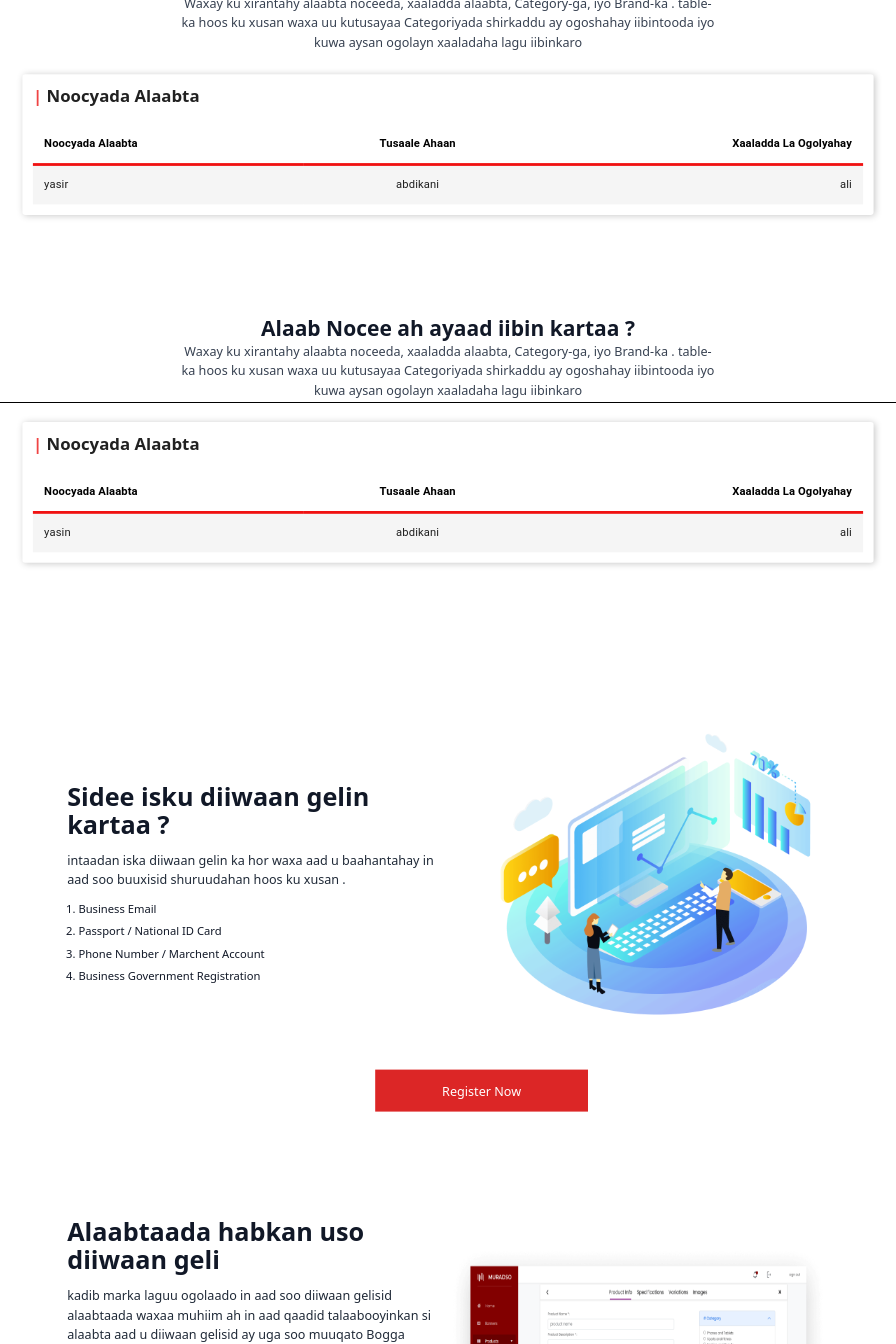
Repository: muraadso/Muraadso-Sellers
Page: /
The author's editor kept a copy of each file at every save. The page is drawn from the files as they stood at one save, then again after the next save.
The browser window is 1280 px wide. The pictures show the part of the page from y = 2330 to 4250 px (the page is 7228 px tall before and 7173 px after), at 70% of full size.
The project was rebuilt for these pictures with package versions that can differ from the ones it lists, and the page was loaded fresh each time. The framework's server and built-in components were replaced by stand-ins that run in the browser. Also part of the build but not shown: next.config.js.

Above is the page before, as saved 2021-12-11 11:17:09.

### pages/_app.js
import '../styles/globals.css'
 import 'tailwindcss/tailwind.css'
import { Layout } from '../components/Layout'


function MyApp({ Component, pageProps }) {
  return (
    <Layout>
      <Component {...pageProps} />
    </Layout>
  )
}

export default MyApp

### styles/globals.css
@import url('https://fonts.googleapis.com/css2?family=Lato:ital,wght@0,300;0,400;0,700;0,900;1,700&family=Poppins:wght@200;300;400;500;600;700&display=swap');
html,
body {
  padding: 0 ;
  margin: 0;
  overflow-x: hidden !important;
  scroll-behavior: smooth;
}

a {
  color: inherit;
  text-decoration: none;
}

* {
  box-sizing: border-box;
}


.navbar {
  box-shadow: 2px 1px 7px rgba(0, 0, 0, 0.226);
  font-family: 'Poppins', sans-serif  ;
  font-weight: 500;

}
  .logo{
    font-family: 'Lato', sans-serif;
    font-weight: 700;
    color: rgb(233, 59, 59);
    font-size: 20px ;
  }
  .how-card{
    position: relative;
    box-shadow: 0 2px 10px rgba(0, 0, 0, 0.336) ;
  }
  .regimage{
    height: 500px;

  }
  .react-player {
    background-color: white !important;
    padding: 10px;
    box-shadow: 2px 1px 11px rgba(0, 0, 0, 0.226);
    border-radius: 2px;
  }
  .player-wrapper{
    overflow-x: hidden !important;
    /* width: 100% !important; */
  }


  .formcontainer{
    box-shadow: 2px 1px 11px rgba(0, 0, 0, 0.226);

  }



@media screen and  (max-width: 768px){
  .nav{
    padding-top: 40px;
    display: flex;
    flex-direction: column;

  }

  .how-card{
  margin-bottom: 25px;
}

.tablle{
  margin-bottom: 90px;
}
.tablle2{

}
 TableContainer{
   background-color: red;
   display: hidden;
 }
 .regimage{
    max-height: 300px;

  }
  .formcontainer{
    min-width: 110%;
  }

}




@tailwind base;
@tailwind components;
@tailwind utilities

### components/Hero.jsx
const Hero = () => {
    return (
        <div className="md:grid-cols-2 md:grid md:mt-11 hero">
                <div className="md:px-16 md:py-36 py-11 herotxt">
                    <h6 className="px-2 font-medium text-gray-500">ku iibi muraadso</h6>
                    <h1 className="my-5 text-3xl font-bold text-gray-800 capitalize md:font-bold md:text-gray-800 md:capitalize lg:text-6xl">sidee ugu iibin krtaa <br /> alaabtaada <span  className="text-red-600 md:text-red-600">muraadso</span></h1>

                    <p className="text-gray-700 md:text-left">
                         Whether you’ve already got an established e-commerce business , a great idea for a new product, or you just have a passion for selling, here’s how to take that next step with Muraadso </p>
                </div>

                <div className="heroimg">
                    <img className="w-4/4 "  src="/images/heroimage.png" alt="heroimage" />
                </div>
        </div>
    )
}

export default Hero

### components/About.jsx

const About = () => {
    return (
        <div className="mt-32">
            <h1 className="text-3xl font-bold text-center">Ku Iibso Muraadso</h1>
            <div className="gap-0 md:px-16 md:grid-cols-2 md:grid about-content">
                <div className="mt-12 aboutimg">
                  <img src="/images/aboutimage.png" className="md:h-96" alt="about image" />
                </div>
                <div className="md:mt-20 mt-11 about-text">
                    <p className="text-xl text-justify">
                        Muraadso waa hogaanka suuqa casriga ee online waana suuq aad ku iibin kartid alaabtaada, ahaw ganacsade alaabta sameeya, mid soo dajiya, si fudud ayaad ugu iibin kartaa suuqa casriga muraadso, sidoo kale ka mid noqo ganacsiyada shabakada internet ku iibiya alaabaha adiga oon ku kharash badan galin, kana faa’idaysanaya khubarada team ka muraadso helayana tobabaro iyo caawimo sidaad ugu iibin lahayd muraadso dhexdeeda Ku dhex iibta muraadso waa wax fudud sidoo kalena kharash yari kaaga bixi karo ama wax kharash ahi kaa baxayn, kaliya waxa lagaaga bahanyay in aad is diwaan galisid, kuna gurtid alaabta aad haysid online shirkada sidaana aad ku bilawdid iibka alaabtaada....<span className="text-red-600">Read More</span>
                    </p>
                </div>


            </div>
        </div>
    )
}

export default About

### components/Howtoreg.jsx
const Howtoreg = () => {
  return (
    <div className="flex flex-col md:p-16 howtoreg mb-11 md:mb-6 ">
      <div className="grid items-center justify-between md:grid-cols-2 registerdoc">
        <div className="space-y-4 regcontent">
          <h1 className="text-xl font-bold text-gray-900 md:text-4xl">Sidee isku diiwaan gelin kartaa ?</h1>
          <p className="text-lg text-gray-800 ">intaadan iska diiwaan gelin ka hor waxa aad u baahantahay in aad
            soo buuxisid shuruudahan hoos ku xusan .</p>
            <ol className="ml-4 space-y-2 font-medium text-gray-900 list-decimal">
              <li>Business Email</li>
              <li>Passport / National ID Card</li>
              <li>Phone Number / Marchent Account </li>
              <li>Business Government Registration</li>
            </ol>
        </div>
        <div className="flex items-center justify-end regimage">
          <img className="regimage" src="/images/registrationn.png" alt="" />
        </div>

      </div>
      <div className="flex flex-col items-center justify-center space-y-4 md:space-x-24 md:flex-row acceptterms">
        <div className="flex flex-row items-center justify-center check">
        </div>
        <div className="items-center justify-center text-center">
        <button className="items-center justify-center px-24 py-3 text-sm text-white bg-red-600 md:text-center md:text-lg md:px-24 md:py-4 ">Register Now</button>
        </div>
      </div>


    </div>
  )
}

export default Howtoreg

### components/Whatsell.jsx
import * as React from 'react';
import { styled } from '@mui/material/styles';
import Table from '@mui/material/Table';
import TableBody from '@mui/material/TableBody';
import TableCell, { tableCellClasses } from '@mui/material/TableCell';
import TableContainer from '@mui/material/TableContainer';
import TableHead from '@mui/material/TableHead';
import TableRow from '@mui/material/TableRow';
import Paper from '@mui/material/Paper';

const StyledTableCell = styled(TableCell)(({ theme }) => ({

  [`&.${tableCellClasses.head}`]: {
    backgroundColor: theme.palette.common.white,
    color: theme.palette.common.black,
    borderBottom: '4px solid rgb(240, 17, 17)' ,
    fontSize: '16px',
    fontWeight: '600',

  },
  [`&.${tableCellClasses.body}`]: {
    fontSize: 16,
  },
}));

const StyledTableRow = styled(TableRow)(({ theme }) => ({
  '&:nth-of-type(odd)': {
    backgroundColor: theme.palette.action.hover,


  },
  // hide last border
  '&:last-child td, &:last-child th': {
    border: 0,
  },
}));





function createData(noocaAlaabta, tusaale, xaaladda) {
  return { noocaAlaabta, tusaale, xaaladda };
}

const rows = [
  createData('yasir', "abdikani", 'ali')

];
const rows2 = [
  createData('yasin', "abdikani", 'ali')

];

export default function Whatsell() {
  return (
      <>
    <div className="flex flex-col items-center md:justify-center md:mb-36 tablle mb-11">
                <h1 className="text-xl font-bold text-center text-gray-900 md:text-3xl">Alaab Nocee ah ayaad iibin kartaa ?</h1>
                <p className="max-w-3xl mb-8 text-sm text-center text-gray-700 md:text-lg">Waxay ku xirantahy alaabta noceeda, xaaladda alaabta, Category-ga, iyo Brand-ka .
                table-ka hoos ku xusan waxa uu kutusayaa Categoriyada shirkaddu ay ogoshahay iibintooda
                iyo kuwa aysan ogolayn xaaladaha lagu iibinkaro </p>

            <TableContainer className="mw-screen-lg TableContainer" component={Paper} sx={{ padding: "15px", minWidth: 380 , maxWidth: 1500, boxShadow: '2px 1px 11px rgba(0, 0, 0, 0.226)' }}>
        <h1 className="mb-6 text-2xl font-bold "> <span className="font-black text-red-500 ">|</span> Noocyada Alaabta</h1>
      <Table sx={{ minWidth: 500 }} aria-label="customized table">
        <TableHead>
          <TableRow>
            <StyledTableCell>Noocyada Alaabta</StyledTableCell>
            <StyledTableCell align="center"> Tusaale Ahaan</StyledTableCell>
            <StyledTableCell align="right">Xaaladda La Ogolyahay</StyledTableCell>
          </TableRow>
        </TableHead>
        <TableBody>
          {rows.map((row) => (
            <StyledTableRow key={row.noocaAlaabta} sx={{backgroundColor: 'white'}}>
              <StyledTableCell component="th" scope="row">
                {row.noocaAlaabta}
              </StyledTableCell>
              <StyledTableCell   align="center">{row.tusaale}</StyledTableCell>
              <StyledTableCell align="right">{row.xaaladda}</StyledTableCell>
            </StyledTableRow>
          ))}
        </TableBody>
      </Table>
    </TableContainer>

    </div>


    <div className="flex flex-col items-center md:justify-center md:mb-36 tablle mb-11">
                <h1 className="text-xl font-bold text-center text-gray-900 md:text-3xl">Alaab Nocee ah ayaad iibin kartaa ?</h1>
                <p className="max-w-3xl mb-8 text-sm text-center text-gray-700 md:text-lg">Waxay ku xirantahy alaabta noceeda, xaaladda alaabta, Category-ga, iyo Brand-ka .
                table-ka hoos ku xusan waxa uu kutusayaa Categoriyada shirkaddu ay ogoshahay iibintooda
                iyo kuwa aysan ogolayn xaaladaha lagu iibinkaro </p>

            <TableContainer className="mw-screen-lg TableContainer" component={Paper} sx={{ padding: "15px", minWidth: 380 , maxWidth: 1500, boxShadow: '2px 1px 11px rgba(0, 0, 0, 0.226)' }}>
        <h1 className="mb-6 text-2xl font-bold "> <span className="font-black text-red-500 ">|</span> Noocyada Alaabta</h1>
      <Table sx={{ minWidth: 500 }} aria-label="customized table">
        <TableHead>
          <TableRow>
            <StyledTableCell>Noocyada Alaabta</StyledTableCell>
            <StyledTableCell align="center"> Tusaale Ahaan</StyledTableCell>
            <StyledTableCell align="right">Xaaladda La Ogolyahay</StyledTableCell>
          </TableRow>
        </TableHead>
        <TableBody>
          {rows2.map((row) => (
            <StyledTableRow key={row.noocaAlaabta} sx={{backgroundColor: 'white'}}>
              <StyledTableCell component="th" scope="row">
                {row.noocaAlaabta}
              </StyledTableCell>
              <StyledTableCell   align="center">{row.tusaale}</StyledTableCell>
              <StyledTableCell align="right">{row.xaaladda}</StyledTableCell>
            </StyledTableRow>
          ))}
        </TableBody>
      </Table>
    </TableContainer>

    </div>




     </>
  );
}

### components/Howtolist.jsx
import ReactPlayer from 'react-player'


const Howtoreg = () => {
  return (
    <div className="flex flex-col space-y-11 md:space-y-24 md:p-16 howtoreg">
      <div className="grid items-center justify-between md:grid-cols-2 registerdoc">
        <div className="space-y-4 regcontent">
          <h1 className="text-xl font-bold text-gray-900 md:text-4xl">Alaabtaada habkan uso diiwaan geli</h1>
          <p className="text-lg text-gray-800 ">kadib marka laguu ogolaado in aad soo diiwaan gelisid alaabtaada
waxaa muhiim ah in aad qaadid talaabooyinkan si alaabta aad
u diiwaan gelisid ay uga soo muuqato Bogga MURAADSO</p>
            <ol className="ml-4 space-y-2 font-medium text-gray-900 list-decimal">
              <li>magaca alaabta oo dhamaystiran</li>
              <li>faahfaahinta alaabta </li>
              <li>xaddiga aad ka haysid alaabta </li>
              <li>qiimaha alaabta </li>
              <li>categoryga ay ka tirsantaha</li>
              <li>brand-ka alaabta ama shirkada smaysay</li>
              <li>4 ama 3 sawir oo quality-goodu sareeyo</li>
              <li>alaabta features-keeda</li>
              <li>alaabta tag-skeeda ama keywordskeda</li>
            </ol>
        </div>
        <div className="flex items-center justify-end regimage">
          <img className="regimage" src="/images/dashboard.png" alt="" />
        </div>

      </div>

      <div className="flex flex-col items-center justify-center space-y-6 watch">
          <h1 className="text-lg font-medium text-center md:font-bold md:text-xl ">Ama Daawo Video-gan Kuu Sharaxaya Habka looso geliyo Product</h1>
         <div className='flex items-center justify-center w-screen p-2 overflow-x-hidden mx-11 player-wrapper'>
        <ReactPlayer
          className=' react-player'
          url='hhttps://www.youtube.com/watch?v=qS5MdsgyWb4&t=5s'
        style={{
            backgroundColor: '#ff0000'
        }}

        />
      </div>
      </div>




    </div>
  )
}

export default Howtoreg

### components/Reg.jsx
import TextField from '@mui/material/TextField';
import Checkbox from '@mui/material/Checkbox';
import FormControlLabel from '@mui/material/FormControlLabel';



const Reg = () => {
    return (
        <div className="container flex flex-col items-center justify-center md:w-screen md:px-11 mb-36 ">
            <h1 className="text-lg font-bold text-center md:text-3xl ">Nagu Soo Biir Macmiil</h1>
            <div className="flex flex-col items-center justify-center py-10 mt-24 bg-white rounded md:w-9/12 md:px-11 space-y-7 formcontainer">
            <h1 className="text-lg font-bold text-center md:text-3xl ">Is Diiwaan Geli</h1>
                <div className="grid w-5/6 grid-cols-1 md:grid-cols-2 gap-x-6 gap-y-7 form">
                  <TextField id="outlined-basic" label="First Name" variant="outlined" />
                  <TextField id="outlined-basic" label="Last Name" variant="outlined" />
                  <TextField id="outlined-basic" label="Magaalada" variant="outlined" />
                  <TextField id="outlined-basic" label="Address" variant="outlined" />
                  <TextField type="number" id="outlined-basic" label="Phone Number" variant="outlined" />
                  <TextField id="outlined-basic" label="Magaca Ganasiga" variant="outlined" />
                  <TextField id="outlined-basic" label="Noca Ganasiga" variant="outlined" />
                </div>

                <div className="flex flex-col items-center justify-center text-center">
                    <FormControlLabel className="mb-2" control={<Checkbox />} label="I accept the privacy and policy" />
                   <button
                    className="items-center justify-center px-24 py-3 text-sm text-white bg-red-600 md:text-center md:text-lg md:px-24 md:py-4 ">
                        Register Now
                    </button>
        </div>
            </div>





        </div>
    )
}

export default Reg

### components/How.jsx
export const How = () => {
    return (
        <div className="flex flex-col items-center justify-center mt-32 mb-24 how md:gap-y-4 gap-y-11">
            <div className="howheader">
            <h2 className="text-4xl font-bold text-center">Sidee u shaqaysaa</h2>
            <p className="mt-2 text-lg text-center text-gray-600">habka uu ushaqeeyo adeegan waa sidatan hoos ku xusan</p>
            </div>
            <div className="h-full md:p-16 md:gap-4 gap-72 md:grid-cols-4 md:grid howsteps">

                <div className="relative max-h-full p-6 bg-white border-4 border-red-400 rounded how-card ">
                    <div className="flex items-center justify-center my-4 card-icon ">
                        <img  src="./icons/register.png" alt="register" />

                    </div>
                    <div className="mb-4 text-xl text-center text-gray-800 cardbody">
                        Macmiil iska diiwaan geli adeega, 24h kadib waxad helaysa fariin ah in lagu aqbalay
                    </div>
                    <div className="absolute flex items-center justify-center w-10 h-10 font-bold text-red-500 bg-white border-2 border-red-500 rounded-full -bottom-5 md:left-40 left-36 place-content-center card-number"> <h2>1</h2></div>
                </div>


                <div className="relative max-h-full p-6 bg-white border-4 border-red-400 rounded how-card ">
                    <div className="flex items-center justify-center my-4 card-icon ">
                        <img className="h-24"  src="./icons/features.png" alt="register" />
                    </div>
                    <div className="mb-4 text-xl text-center text-gray-800 cardbody">
                        Macmiil iska diiwaan geli adeega, 24h kadib waxad helaysa fariin ah in lagu aqbalay
                    </div>
                    <div className="absolute flex items-center justify-center w-10 h-10 font-bold text-red-500 bg-white border-2 border-red-500 rounded-full -bottom-5 md:left-40 left-36 place-content-center card-number"> <h2>2</h2></div>
                </div>




                <div className="relative max-h-full p-6 bg-white border-4 border-red-400 rounded how-card ">
                    <div className="flex items-center justify-center my-4 card-icon ">
                        <img className="h-24"  src="./icons/verified.png" alt="register" />

                    </div>
                    <div className="mb-4 text-xl text-center text-gray-800 cardbody">
                        Macmiil iska diiwaan geli adeega, 24h kadib waxad helaysa fariin ah in lagu aqbalay
                    </div>
                    <div className="absolute flex items-center justify-center w-10 h-10 font-bold text-red-500 bg-white border-2 border-red-500 rounded-full -bottom-5 md:left-40 left-36 place-content-center card-number"> <h2>3</h2></div>
                </div>


                <div className="relative max-h-full p-6 bg-white border-4 border-red-400 rounded how-card ">
                    <div className="flex items-center justify-center my-4 card-icon ">
                        <img className="h-24"  src="./icons/givemoney.png" alt="register" />

                    </div>
                    <div className="mb-4 text-xl text-center text-gray-800 cardbody">
                        Macmiil iska diiwaan geli adeega, 24h kadib waxad helaysa fariin ah in lagu aqbalay
                    </div>
                    <div className="absolute flex items-center justify-center w-10 h-10 font-bold text-red-500 bg-white border-2 border-red-500 rounded-full -bottom-5 md:left-40 left-36 place-content-center card-number"> <h2>4</h2></div>
                </div>

            </div>
            <p className="text-center text-gray-800">Wixii faahfaahin ah waxaad kala xiriiri kartaa lambaradan hoos kuugu xusan</p>
            <a className="font-medium text-red-600" href="#">+252 63 3333471</a>

        </div>
    )
}

export default How

### components/Navbar.jsx
import React, { useState } from "react";
import { HiOutlineMenuAlt2, HiOutlineMenuAlt3 } from "react-icons/hi";



export default function Navbar() {
  const [showNav, setShowNav] = useState(false);

  return (
    <nav className="sticky top-0 z-20 items-center justify-between bg-white px-14 md:px-24 md:py-3 navbar md:flex">
      <div className="flex items-center justify-between">
        <a href="#">
          <h2>Muraadso</h2>
        </a>


        {showNav ? (
          <HiOutlineMenuAlt3
            onClick={() => setShowNav(!showNav)}
            className="block w-10 h-10 p-2 cursor-pointer md:hidden" />

        ) : (
          <HiOutlineMenuAlt2
            onClick={() => setShowNav(!showNav)}
            className="block w-10 h-10 p-2 cursor-pointer md:hidden"
          />
        )}
      </div>

      <ul
        className={
          (showNav ? "left-0" : "-left-full") +
          " md:static fixed bottom-0 md:ml-24 top-14 md:flex md:space-x-6 items-center md:bg-transparent bg-gray-700 rounded md:rounded-none md:bg-white bg-opacity-90 md:w-auto w-10/12 md:text-gray-800 text-white  md:space-y-0 space-y-5 p-2 transition-left nav"
        }
      >
        <a href="#"> Home</a>
        <a href="#"> About</a>
        <a href="#"> Doc</a>
        <a href="#"> Contact Us</a>
      <a className="px-4 py-2 text-white bg-red-600 rounded" href="">Signup</a>
      </ul>
    </nav>
  );
}

























// const Navbar = () => {
//     return (
//         <div>
//      <div className="sticky top-0 z-20 items-center justify-between bg-white md:flex navbar">
//          <a className="logo" href="#">Muraadso</a>
//          <nav className="fixed bottom-0 items-center w-10/12 p-2 space-y-5 text-white bg-gray-500 md:static top-12 md:flex md:space-x-7 md:bg-transparent bg-opacity-90 md:w-auto md:text-gray-500 md:space-y-0 transition-left nav">
//              <a className="hover:text-red-600" href="">Home</a>
//              <a className="hover:text-red-600" href="">About</a>
//              <a className="hover:text-red-600" href="">Doc</a>
//              <a className="hover:text-red-600" href="">Contact Us</a>
//          </nav>
//          <a href="#" className="px-4 py-2 text-white bg-red-600 rounded hover:bg-red-700 signup ">Signup</a>
//      </div>

//         </div>
//     )
// }

// export default Navbar

### components/Footer.jsx
import FacebookIcon from '@mui/icons-material/Facebook';
import InstagramIcon from '@mui/icons-material/Instagram';
import YouTubeIcon from '@mui/icons-material/YouTube';
import Divider from '@mui/material/Divider';
import CopyrightIcon from '@mui/icons-material/Copyright';





const Footer = () => {
    return (
        <div className="px-2 py-8 border md:px-24 md:py-16 bg-gray-50 space-y-7">
            <div className="flex flex-col items-center justify-between space-y-4 md:flex-row upper md-space-y-0">

            <div className="flex items-center space-x-5 md:space-x-7 justify-items-start footercontent">
                <a href="#">About Us</a>
                <a href="#">How it Works</a>
                <a href="#">Nagu Dooro</a>
                <a href="#">Register</a>

            </div>

            <div className="footericons space-x-7">
                <FacebookIcon sx={{ fontSize: 30, color: "#ff5e5b" }} />
                <InstagramIcon sx={{ fontSize: 30, color: "#ff5e5b" }} />
                <YouTubeIcon sx={{ fontSize: 30, color: "#ff5e5b" }} />
            </div>

            </div>
            <Divider className="text-red-600">Muraadso.com</Divider>

            <div className="flex flex-col items-center justify-between space-y-3 md:space-y-0 md:flex-row bottom">
                <a href="#"> <CopyrightIcon className="items-center" sx={{fontSize: 15}} /> 2021 Muraadso.All rights reserved. </a>
                <div className="space-x-8 term">
                <a href="#">Privacy Policy</a>
                <a href="#">Terms Of Service</a>
                </div>


            </div>

        </div>
    )
}

export default Footer

Loaded but not shown: pages/api/hello.js (common file); styles/Home.module.css (common file); pages/index.js (32 lines, source omitted); tailwind.config.js (18 lines, source omitted); components/Layout.js (15 lines, source omitted); components/Whyus.jsx (70 lines, source omitted)

After the next save:
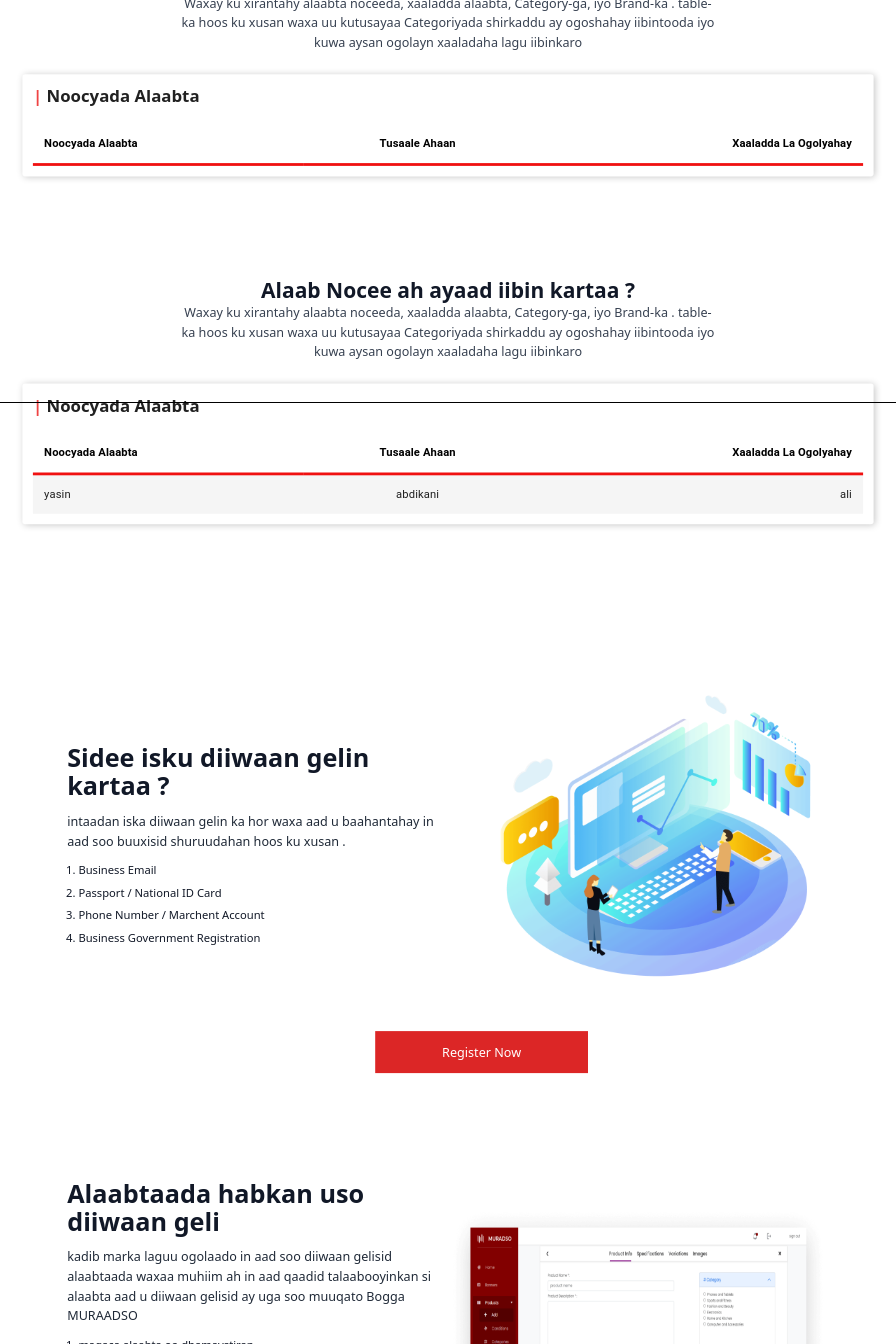
Saved 9 s later.
--- a/components/Whatsell.jsx
+++ b/components/Whatsell.jsx
@@ -44,7 +44,6 @@ function createData(noocaAlaabta, tusaale, xaaladda) {
 }
 
 const rows = [
-  createData('yasir', "abdikani", 'ali')
 
 ];
 const rows2 = [
